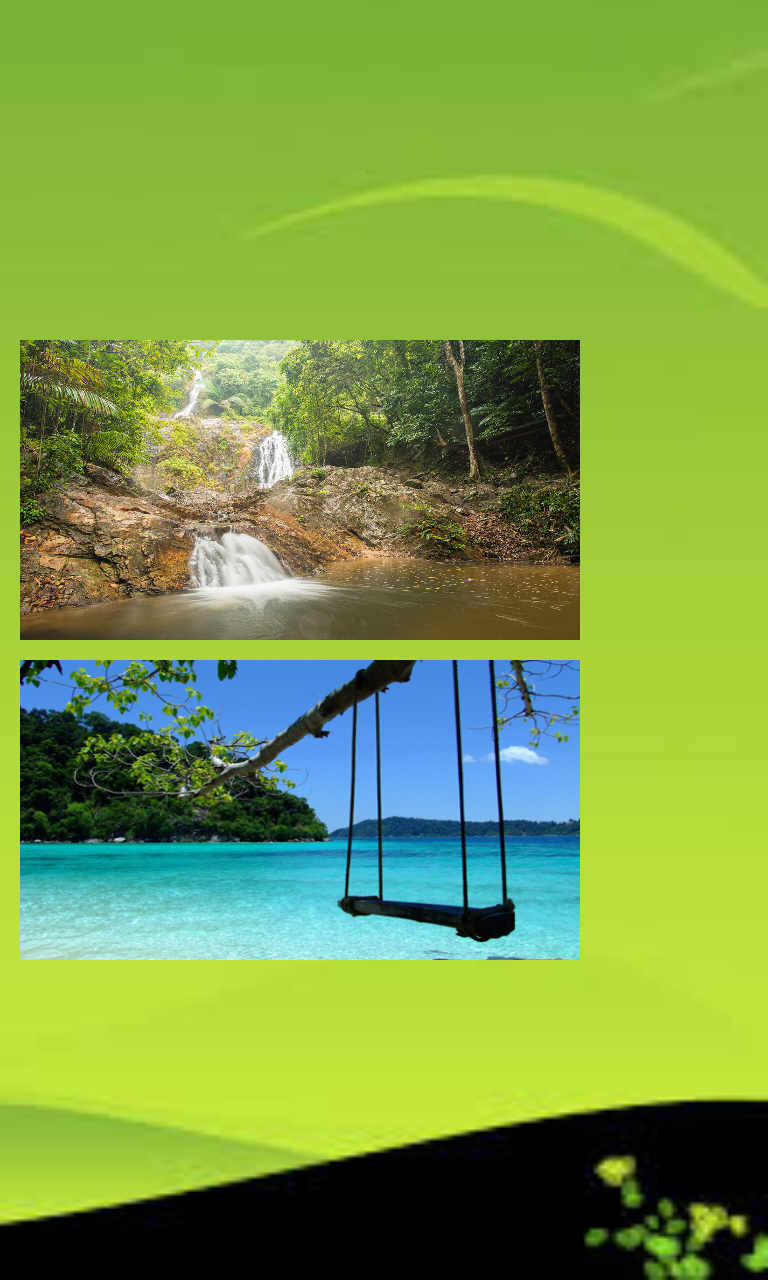
Repository: SettawutSomboon/SouthNationalPark
Layout: SouthNationalParkTravel/SouthNationalPark/res/layout/category_con.xml
An editor plug-in stored every save of this project. The layout is shown before and after the next save, followed by the edit.
It is drawn on a 768 x 1280 px phone screen (xhdpi) without system bars, with theme AppTheme; the app's code is not run.

Above is the layout before, as saved 2015-03-02 17:33:33.

### SouthNationalParkTravel/SouthNationalPark/res/layout/category_con.xml
<?xml version="1.0" encoding="utf-8"?>
<RelativeLayout xmlns:android="http://schemas.android.com/apk/res/android"
    android:layout_width="match_parent"
    android:layout_height="match_parent"
    android:layout_gravity="center_vertical"
    android:background="@drawable/images" >

        <LinearLayout
        android:id="@+id/li"
        android:layout_width="match_parent"
        android:layout_height="wrap_content"
        android:orientation="vertical"
        android:layout_centerVertical="true">



              <LinearLayout
            android:id="@+id/li_con"
            android:layout_width="300dp"
            android:layout_height="wrap_content"
            android:layout_marginTop="10dp"
            android:weightSum="1" >

           <RelativeLayout
                android:id="@+id/rl_btn1"
                android:layout_width="0dp"
                android:layout_height="match_parent"
                android:layout_weight="1"
                android:gravity="center" >

                <Button
                    android:id="@+id/btn_land"
                    android:layout_width="280dp"
                    android:layout_height="150dp"
                    android:background="@drawable/category1" />

            </RelativeLayout>
             </LinearLayout>
               <LinearLayout
            android:id="@+id/li_conn"
            android:layout_width="300dp"
            android:layout_height="wrap_content"
            android:layout_marginTop="10dp"
            android:weightSum="1" >

            <RelativeLayout
                android:id="@+id/rl_btn2"
                android:layout_width="0dp"
                android:layout_height="match_parent"
                android:layout_weight="1"
                android:gravity="center" >

                <Button
                    android:id="@+id/btn_marine"
                    android:layout_width="280dp"
                    android:layout_height="150dp"
                    android:background="@drawable/category2" />
            </RelativeLayout>
        </LinearLayout>





    </LinearLayout>

</RelativeLayout>

Loaded but not shown: SouthNationalParkTravel/SouthNationalPark/res/values/styles.xml (common file); SouthNationalParkTravel/SouthNationalPark/res/values-v11/styles.xml (common file); SouthNationalParkTravel/SouthNationalPark/res/values-v14/styles.xml (common file)

After the next save:
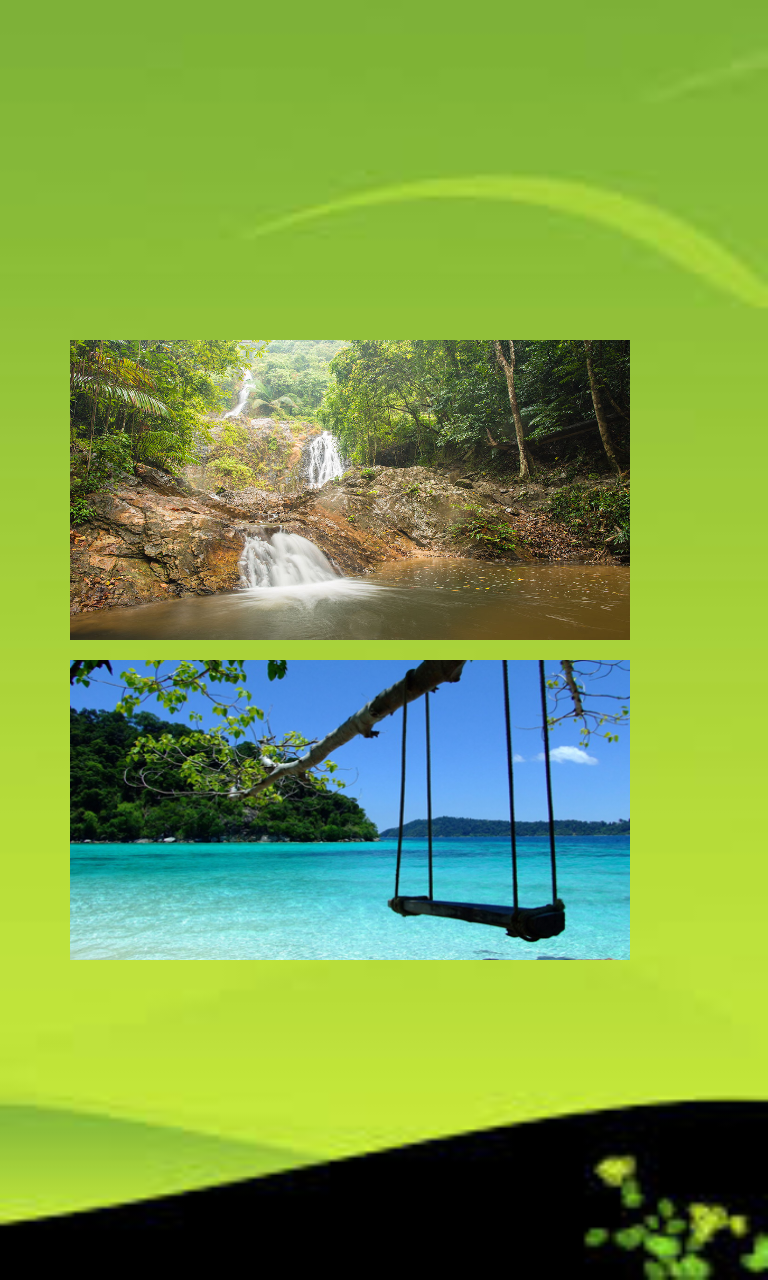
Saved 2 min 26 s later.
--- a/SouthNationalParkTravel/SouthNationalPark/res/layout/category_con.xml
+++ b/SouthNationalParkTravel/SouthNationalPark/res/layout/category_con.xml
@@ -2,13 +2,15 @@
 <RelativeLayout xmlns:android="http://schemas.android.com/apk/res/android"
     android:layout_width="match_parent"
     android:layout_height="match_parent"
-    android:layout_gravity="center_vertical"
+    android:layout_gravity="center_horizontal"
     android:background="@drawable/images" >
 
         <LinearLayout
         android:id="@+id/li"
         android:layout_width="match_parent"
         android:layout_height="wrap_content"
+        android:layout_marginLeft="25dp"
+        android:layout_marginRight="10dp"
         android:orientation="vertical"
         android:layout_centerVertical="true">
 
